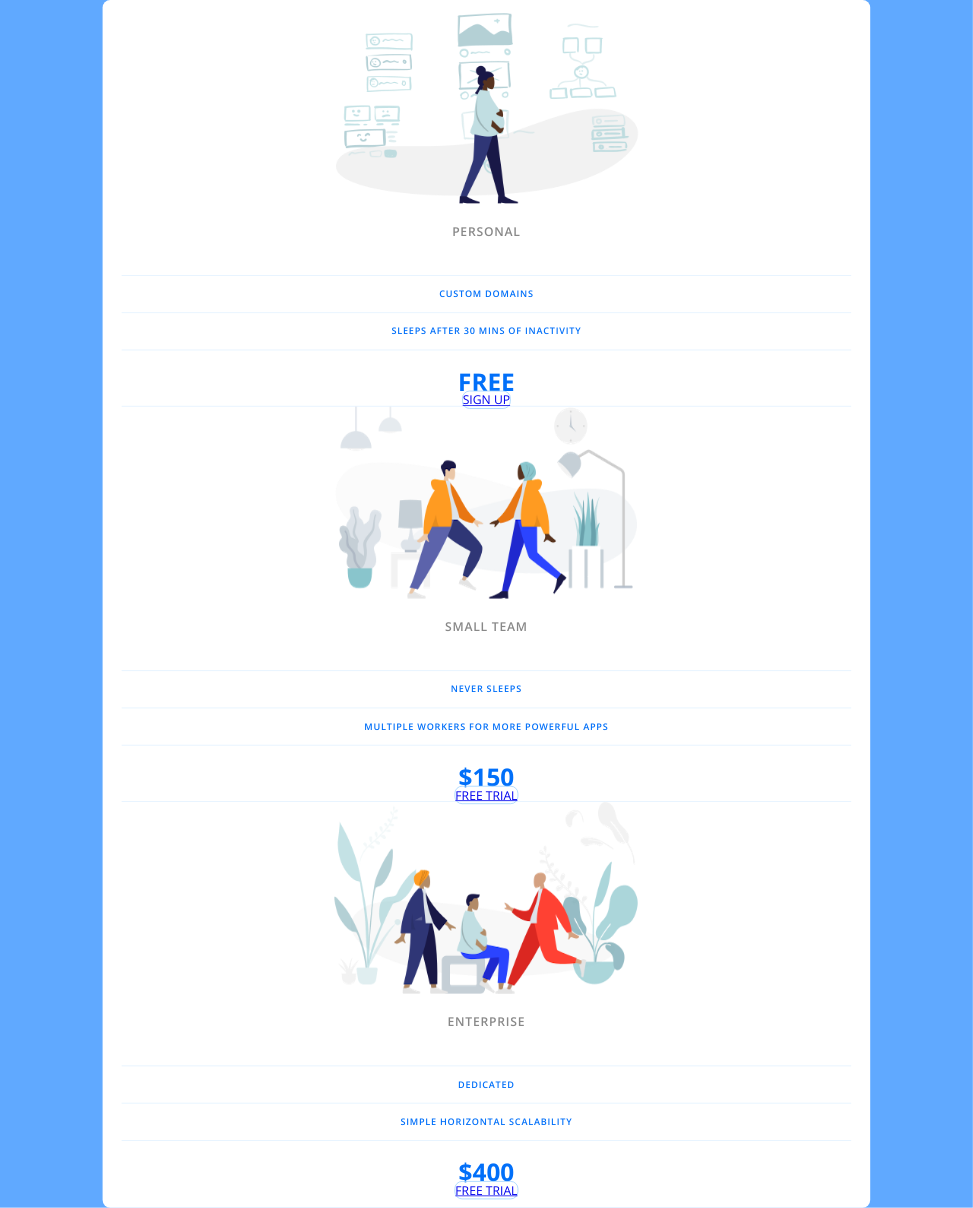
Repository: patrik-fredlund/pricing_panel_udemy
Page: PriceTableStarter/index.html
These files come from the project's save history. The page is drawn as it stood at one moment and after the next save; the edit follows.
The browser window is 1280 px wide. The pictures show the whole page, at 76% of full size.

Above is the page before, as saved 2021-06-27 13:46:50.

After the next save:
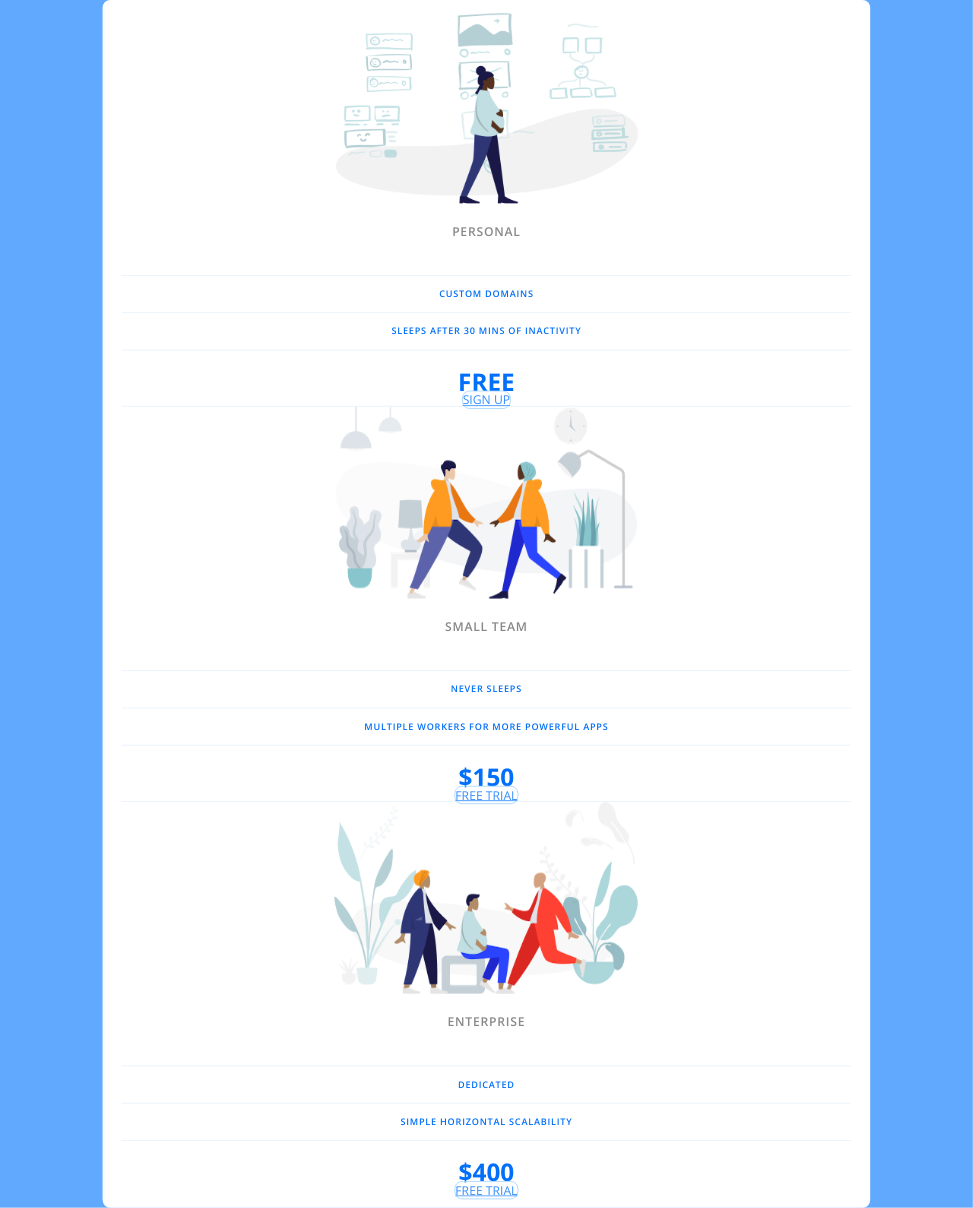
Saved 25 s later.
--- a/PriceTableStarter/app.css
+++ b/PriceTableStarter/app.css
@@ -127,5 +127,5 @@ body {
 .pricing-button {
     border: 1px solid #9dd1ff;
     border-radius: 10px;
-
+    color: #348efe;
 }
